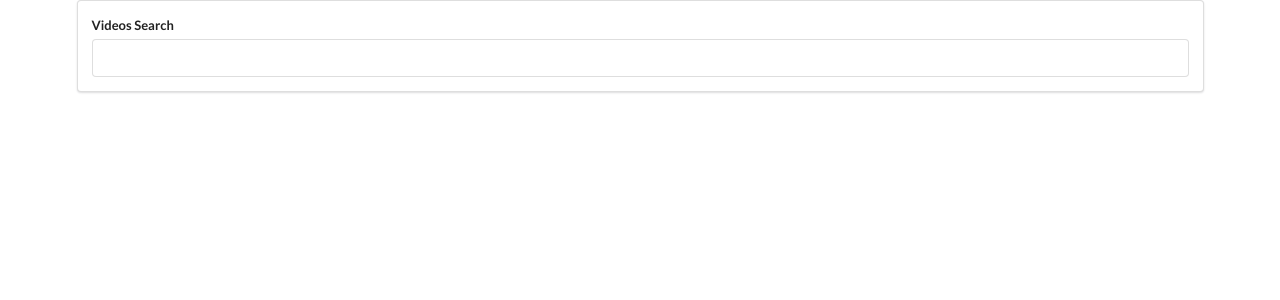
Repository: striver-69/VideoStreaming-Hooks-
Page: /
An editor plug-in stored every save of this project. The page is shown before and after a run of saves, followed by the edit.
The browser window is 1280 px wide. The pictures show the whole page.
The project was rebuilt for these pictures with package versions that can differ from the ones it lists, and the page was loaded fresh each time. Also part of the build but not shown: src/components/VideoItem.css, src/components/VideoItem.js.

Above is the page before, as saved 2021-03-03 20:49:52.

### src/index.js
import React from 'react'
import ReactDOM from 'react-dom'
import App from './components/App'

ReactDOM.render(<App/>,document.querySelector('#root'))

### src/components/App.js
import React, { Component } from 'react'
import SearchBar from './SearchBar'
import youtube from '../apis/youtube'
import VideoList from './VideoList'
import VideoDetail from './VideoDetail'

export class App extends Component {

  state={videos:[],selectedVideo:null}

  onTermSubmit=async(term)=>{
    const response=await youtube.get('/search',{
      params:{
        q:term
      }
    })
    this.setState({videos:response.data.items})
  }

  onVideoSelect=(video)=>{
    this.setState({selectedVideo:video})
  }

  render() {
    return (
      <div className="ui container">
        <SearchBar onFormSubmit={this.onTermSubmit}/>
        <VideoList onVideoSelect={this.onVideoSelect} videos={this.state.videos}/>
      </div>
    )
  }
}

export default App

### src/components/SearchBar.js
import React from 'react'

class SearchBar extends React.Component{
  state={term:''}

  onInputChange=(event)=>{
    this.setState({term:event.target.value})
  }

  onFormSubmit=(event)=>{
    event.preventDefault()

    this.props.onFormSubmit(this.state.term)
  }

  render(){
    return (
      <div className="search-bar ui segment">
        <form onSubmit={this.onFormSubmit} className="ui form">
          <div className="field">
            <label>Videos Search</label>
            <input type="text" value={this.state.term} onChange={this.onInputChange}/>
          </div>
        </form>
      </div>
    )
  }
}

export default SearchBar

### src/apis/youtube.js
import axios from 'axios'

const KEY='AIzaSyCYnJLCwWfzLs7HoX__IPUQROlx1tq3yig'

export default axios.create({
  baseURL:'https://www.googleapis.com/youtube/v3',
  params:{
    part:'snippet',
    type:'video',
    maxResults:5,
    key:KEY
  }
})

### src/components/VideoList.js
import React from 'react'
import VideoItem from './VideoItem'

export default function VideoList({videos,onVideoSelect}) {
  const renderedList=videos.map((video)=>{
    return <VideoItem onVideoSelect={onVideoSelect} video={video}/>
  })
  return (
    <div className="ui relaxed divided list">
      {renderedList}
    </div>
  )
}

### src/components/VideoDetail.js
import React from 'react'

export default function VideoDetail({video}) {
  return (
    <div>
      {video.snippet.title}
    </div>
  )
}

Loaded but not shown: public/index.html (common file)

After the next 2 saves:
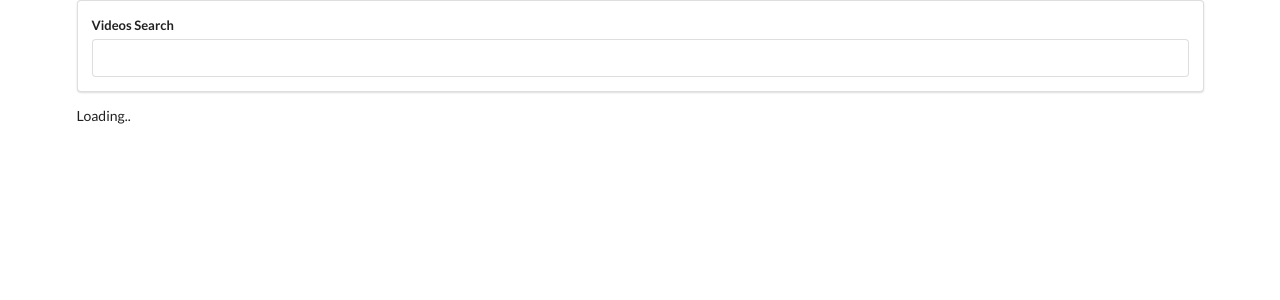
The 2 saves are shown as one change because 1 did not build or start.
The last was saved 3 min 24 s later.
--- a/src/components/App.js
+++ b/src/components/App.js
@@ -25,6 +25,7 @@ export class App extends Component {
     return (
       <div className="ui container">
         <SearchBar onFormSubmit={this.onTermSubmit}/>
+        <VideoDetail video={this.state.selectedVideo}/>
         <VideoList onVideoSelect={this.onVideoSelect} videos={this.state.videos}/>
       </div>
     )
--- a/src/components/VideoDetail.js
+++ b/src/components/VideoDetail.js
@@ -1,6 +1,9 @@
 import React from 'react'
 
 export default function VideoDetail({video}) {
+  if(!video){
+    return <div>Loading..</div>
+  }
   return (
     <div>
       {video.snippet.title}
